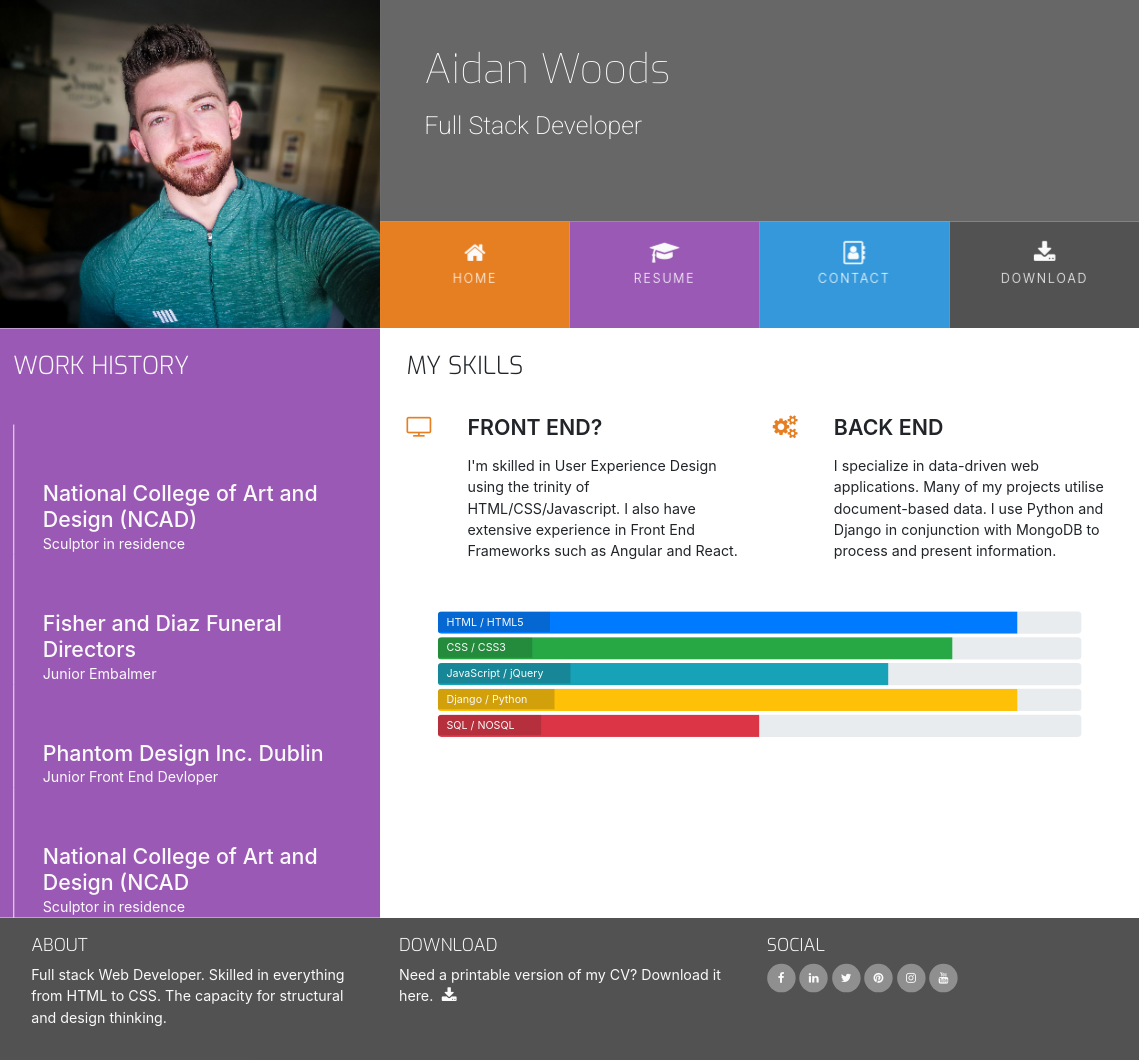
Repository: woodsyboi/Resume
Page: resume.html
The author's editor kept a record of every edit. The page is drawn from the files as they stood at one moment, then again after the next edit.
The browser window is 1280 px wide. The pictures show the whole page, at 89% of full size.

Above is the page before.

### resume.html
<!DOCTYPE html>
<html lang="en">

<head>
    <meta charset="UTF-8">
    <meta name="viewport" content="width=device-width, initial-scale=1.0">
    <meta http-equiv="X-UA-Compatible" content="ie=edge">
    <link rel="stylesheet" href="https://stackpath.bootstrapcdn.com/bootstrap/4.3.1/css/bootstrap.min.css" type="text/css" />
    <link rel="stylesheet" href="https://stackpath.bootstrapcdn.com/font-awesome/4.7.0/css/font-awesome.min.css" type="text/css" />
    <link rel="stylesheet" href="https://cdnjs.cloudflare.com/ajax/libs/hover.css/2.3.1/css/hover-min.css
" type="text/css" />
    <link rel="stylesheet" href="assets/css/style.css" type="text/css" />
    <title>Aidan</title>
</head>

<body>
    <header>
        <div class="row no-gutters">
            <a href="index.html" class="col-md-4 logo">

            </a>
            <div class="col-md-8">
                <div class="row no-gutters bg-color-name-title">
                    <div class="col heading">
                        <h1 class="name">Aidan Woods</h1>
                        <h2 class="title">Full Stack Developer</h2>
                    </div>

                </div>
                <div class="row no-gutters">
                    <div class="col">
                        <ul id="nav" class="list-inline menucontainer">
                            <li class="col-6 col-sm-3 ui-menu-color-home list-inline-item menuitem">
                                <a href="#" class="hvr-sweep-to-bottom"><i class="fa fa-home"></i><span>Home</span></a>
                            </li>
                            <li class="col-6 col-sm-3 ui-menu-color-resume list-inline-item menuitem">
                                <a href="#" class="hvr-sweep-to-bottom"><i class="fa fa-graduation-cap"></i><span>Resume</span></a>
                            </li>
                            <li class="col-6 col-sm-3 ui-menu-color-contact list-inline-item menuitem">
                                <a href="#" class="hvr-sweep-to-bottom"><i class="fa fa-address-book-o"></i><span>Contact</span></a>
                            </li>
                            <li class="col-6 col-sm-3 ui-menu-color-download list-inline-item menuitem">
                                <a href="#" class="hvr-sweep-to-bottom"><i class="fa fa-download"></i><span>Download</span></a>
                            </li>
                        </ul>
                    </div>
                </div>

            </div>
        </div>
    </header>
    <section class="container-fluid">

        <div class="row ">
            <div class="col-md-4 bg-color-work-history section-coloum">
                <div class="row">
                    <div class="col-12">
                        <h3 class="history-heading uppercase">
                            Work History
                        </h3>
                    </div>
                </div>
                <div class="timeline-item" data-dates="02/1998 - 04/2004">
                    <h4>National College of Art and Design (NCAD)</h4>
                    <p>Sculptor in residence</p>
                </div>
                <div class="timeline-item" data-dates="04/2004 - 06/2008">
                    <h4>Fisher and Diaz Funeral Directors</h4>
                    <p>Junior Embalmer</p>
                </div>
                <div class="timeline-item" data-dates="06/2008 - 06/2011">
                    <h4>Phantom Design Inc. Dublin</h4>
                    <p>Junior Front End Devloper</p>
                </div>
                <div class="timeline-item" data-dates="06/2011 - Present">
                    <h4>National College of Art and Design (NCAD</h4>
                    <p>Sculptor in residence</p>
                </div>
            </div>


            <div class="col-md-8 bg-color-three-reasons section-column">
                <div class="row">
                    <div class="col">
                        <h3 class="section-heading uppercase">My Skills</h3>
                    </div>
                </div>
                <div class="row">
                    <div class="col-10 offset-1 offset-sm-0 col-sm-4 col-md-6">
                        <div class="row">
                            <div class="col-2">
                                <i class="three-reasons-icon fa fa-tv" aria-hidden="true"></i>
                            </div>
                            <div class="col-10">
                                <h4 class="three-reasons-heading uppercase">Front End?</h4>
                                <p>
                                    I'm skilled in User Experience Design using the trinity of HTML/CSS/Javascript. I also have extensive experience in Front End Frameworks such as Angular and React. </p>
                            </div>
                        </div>
                    </div>
                    <div class="col-10 offset-1 offset-sm-0 col-sm-4 col-md-6">
                        <div class="row">
                            <div class="col-2">
                                <i class="three-reasons-icon fa fa-gears" aria-hidden="true"></i>
                            </div>
                            <div class="col-10">
                                <h4 class="three-reasons-heading uppercase">Back End</h4>
                                <p>
                                    I specialize in data-driven web applications. Many of my projects utilise document-based data. I use Python and Django in conjunction with MongoDB to process and present information.
                                </p>
                            </div>
                        </div>
                    </div>


                </div>

                <div class="row progress-section">
                    <div class="col">
                        <div class="progress">
                            <div class="progress-bar" role="progressbar" aria-valuenow="90" aria-valuemin="0" aria-valuemax="100" style="width:90%;">
                                <span class="sr-only">90% complete</span>
                            </div>
                            <span class="progress-type">HTML / HTML5</span>
                        </div>
                        <div class="progress">
                            <div class="progress-bar bg-success" role="progressbar" aria-valuenow="980" aria-valuemin="0" aria-valuemax="100" style="width:80%;">
                                <span class="sr-only">80% complete</span>
                            </div>
                            <span class="progress-type">CSS / CSS3</span>
                        </div>
                        <div class="progress">
                            <div class="progress-bar bg-info" role="progressbar" aria-valuenow="70" aria-valuemin="0" aria-valuemax="100" style="width:70%;">
                                <span class="sr-only">70% complete</span>
                            </div>
                            <span class="progress-type">JavaScript / jQuery</span>
                        </div>
                        <div class="progress">
                            <div class="progress-bar bg-warning" role="progressbar" aria-valuenow="90" aria-valuemin="0" aria-valuemax="100" style="width:90%;">
                                <span class="sr-only">90% complete</span>
                            </div>
                            <span class="progress-type">Django / Python</span>
                        </div>
                        <div class="progress">
                            <div class="progress-bar bg-danger" role="progressbar" aria-valuenow="50" aria-valuemin="0" aria-valuemax="100" style="width:50%;">
                                <span class="sr-only">50% complete</span>
                            </div>
                            <span class="progress-type">SQL / NOSQL</span>
                        </div>
                    </div>
                </div>
            </div>
        </div>

    </section>
    <footer class="container-fluid">
        <div id="footer-details" class="row">
            <div class="col-sm-4">
                <h5 class="uppercase general-sub">About</h5>
                <p class="inline-block">
                    Full stack Web Developer. Skilled in everything from HTML to CSS. The capacity for structural and design thinking.</p>

            </div>
            <div class="col-sm-4">
                <h5 class="uppercase general-sub">Download</h5>
                <p class="inline-block">
                    Need a printable version of my CV? Download it here.
                    <a href="#" target="_blank" class="cv-pdf">
                        <i class="fa fa-download" aria-hidden="true"></i>
                        <span class="sr-only"> Download Link.</span>
                    </a>
                </p>

            </div>
            <div class="col-sm-4">
                <h5 class="uppercase general-sub">Social</h5>
                <ul class="list-inline social-links">
                    <li class="list-inline-item">
                        <a target="_blank" href="#">
                            <i class="fa fa-facebook" aria-hidden="true"></i>
                            <span class="sr-only">Facebook</span>
                        </a>
                    </li>
                    <li class="list-inline-item">
                        <a target="_blank" href="#">
                            <i class="fa fa-linkedin" aria-hidden="true"></i>
                            <span class="sr-only">LinkedIn</span>
                        </a>
                    </li>
                    <li class="list-inline-item">
                        <a target="_blank" href="#">
                            <i class="fa fa-twitter" aria-hidden="true"></i>
                            <span class="sr-only">Twitter</span>
                        </a>
                    </li>
                    <li class="list-inline-item">
                        <a target="_blank" href="#">
                            <i class="fa fa-pinterest" aria-hidden="true"></i>
                            <span class="sr-only">Pinterest</span>
                        </a>
                    </li>
                    <li class="list-inline-item">
                        <a target="_blank" href="#">
                            <i class="fa fa-instagram" aria-hidden="true"></i>
                            <span class="sr-only">Instagram</span>
                        </a>
                    </li>
                    <li class="list-inline-item">
                        <a target="_blank" href="#">
                            <i class="fa fa-youtube" aria-hidden="true"></i>
                            <span class="sr-only">YouTube</span>
                        </a>
                    </li>
                </ul>

            </div>
        </div>
    </footer>

</body>

</html>

### assets/css/style.css
@import url('https://fonts.googleapis.com/css?family=Roboto:100,200,300,400,500,600,700|Exo:100,200,300,400,500,600,700');


/*------------------------------Colors--------*/

.bg-color-name-title {
    background-color: #676767;
}


.bg-color-three-reasons {
    background-color:#fff;
}

.bg-color-personal-info {
    background-color: #f4f4f4;
}

.ui-menu-color-home {
    background-color: #e67e22;

}

.ui-menu-color-resume {
    background-color: #9b59b6;

}

.ui-menu-color-contact {
    background-color: #3498db;

}

.ui-menu-color-download {
    background-color: #525252;

}

.bg-color-work-history {
    background-color: #9b59b6;
}

/*----------------------------special paddings/margins/text*/

h1,
h2,
h3,
h4 {
    margin: 0;
}

.uppercase {
    text-transform: uppercase;
}

.general-sub {
    font-family:"Exo", sans-serif;
    font-weight: 300;
    color: #fafafa;
}

.inline-block{
    display:inline-block;
}

.row-table {
    display:table;
}

.section-column {
    display:table-cell;
    padding:0 30px 30px;
    float:none;
}

.history-heading,
.section-heading{
    font-family:"Exo", sans-serif;
    font-weight: 300;
    margin-top: 25px;
    margin-bottom: 40px;
}
/*-------------------------------Heading--------*/

header {

    margin: 0;

}

.heading {
    margin-left: 50px;

}

.logo {
    background: url("../images/my_face.jpg");
    background-position: center;
    background-repeat: no-repeat;
    background-size: cover;
    min-height: 360px;
    transition: all .5s ease-in-out;
    -moz-transition: all .5s ease-in-out;
    -webkit-transition: all .5s ease-in-out;
}

.name {
    font-family: "Exo", sans-serif;
    font-weight: 100;
    font-size: 46px;
    margin-top: 50px;
    color: #fff;

}

.title {
    font-family: "Roboto", sans-serif;
    font-weight: 200;
    font-size: 28px;
    margin-top: 20px;
    margin-bottom: 90px;
    color: #fff;

}

.list-inline-item:not(:last-child) {
    margin: 0;
}

.menucontainer {
    font-size: 0;
}

#nav {
    margin: 0;
}

#nav li {
    font-size: 14px;
    padding: 0;
}


.menuitem {
    height: 120px;
    text-align: center;
    padding: 0;

}

.menuitem a {
    width: 100%;
    text-decoration: none;
    color: #fff;
    height: 120px;

}

.menuitem a i {
    padding-top: 22px;
    display: block;
    color: #fafafa;
    font-size: 26px;


}

.menuitem span {
    display: block;
    width: 100%;
    padding-top: 5px;
    text-align: center;
    text-transform: uppercase;
    font-size: 14px;
    font-weight: 300;
    letter-spacing: 2px;

}



/*----------------------------hover*/

.hvr-sweep-to-bottom:before {
    background-color: rgba(0, 0, 0, 0.2);
    height: 120px;

}


/*-------------------------------footer--------*/

footer{
    background-color: #525252;
    color:#fafafa;
    min-height: 120px;
}


.cv-pdf i{
   font-size: 18px;
   color: #fafafa;
   text-align: center;
   padding-left: 5px;
   transition: all 0.35s ease-in-out;
   -moz-transition: all 0.35s ease-in-out;
   -webkit-transition: all 0.35s ease-in-out;
   -o-transition: all 0.35s ease-in-out;

}

.cv-pdf i:hover {
    color:#e84710;
}

.social-links{
    padding-bottom: 15px;
}

.social-links li a i {
    width:32px;
    height:32px;
    padding:12px 0;
    border-radius:50%;
    font-size: 13px;
    line-height: 7px;
    text-align:center;
    color:#fafafa;
    background:#8f8f8f;
    transition: all 0.35s ease-in-out;
   -moz-transition: all 0.35s ease-in-out;
   -webkit-transition: all 0.35s ease-in-out;
   -o-transition: all 0.35s ease-in-out;

}

.social-links li a i:hover {
    background:#e84710;
}

#footer-details {
    padding:20px;
}

/*-------------------------------Three reasons--------*/

.three-reasons-icon {
    font-size:26px;
    color: #e67e22;
}

.three-reasons-heading {
    margin-bottom: 15px;
}

.three-reasons-heading {
    font-weight: 600;
}

/*------------------------------Personal Info--------*/

.personal-info-item {
    margin-bottom:20px;
    display: block;
    clear: both;
}

.personal-info-item .key,
.personal-info-item .value {
    padding-right:8px;
    display:inline-block;

}

.personal-info-item .key p,
.personal-info-item .value p{
    margin:0;
}

.personal-info-item .key{
    width:30%;
    margin-right:21px;
    padding-top:2px;
    vertical-align:top;
}

.personal-info-item .key p {
    font-weight: 700;
}

.personal-info-item .value{
    position: relative;
    width: 60%;
}

/*-----------------------------Skills--------*/

.progress{
    position: relative;
    height:25px;
    margin-bottom:4px;
}

.progress-type {
    position: absolute;
    left:0px;
    font-weight: 400;
    padding: 3px 30px 2px 10px;
    color: #fafafa;
    background-color: rgba(25,25,25,0.2);
}

.progress-section {
    margin: 40px 20px;
}

/*-----------------------------work history--------*/


.history-heading{
    color:#fafafa;
    margin-bottom: 50px;
}

.timeline-item {
    padding: 4em 2em 0em 2em;
    position:relative;
    color: #fafafa;
    border-left: 1px solid;


}

.timeline-item p {
    padding: 0;
    margin: 0;

}
.timeline-item:before {
    content:attr{data-dates);
    position: absolute;
    left: 2.5em;
    top: 3em;
    display: block;
    font-family: "Exo", sans-serif;
    font-weight: 500;
    font-size: 0.8em;
    padding:0;
    margin:0;
}

.timeline-item:after {
    width: 12px;
    height: 12px;
    display: block;
    top: 2.4em;
    position:absolute;
    left:-6px;
    border-radius:12px;
    content: '';
    background: #fafafa;
}

After the next edit:
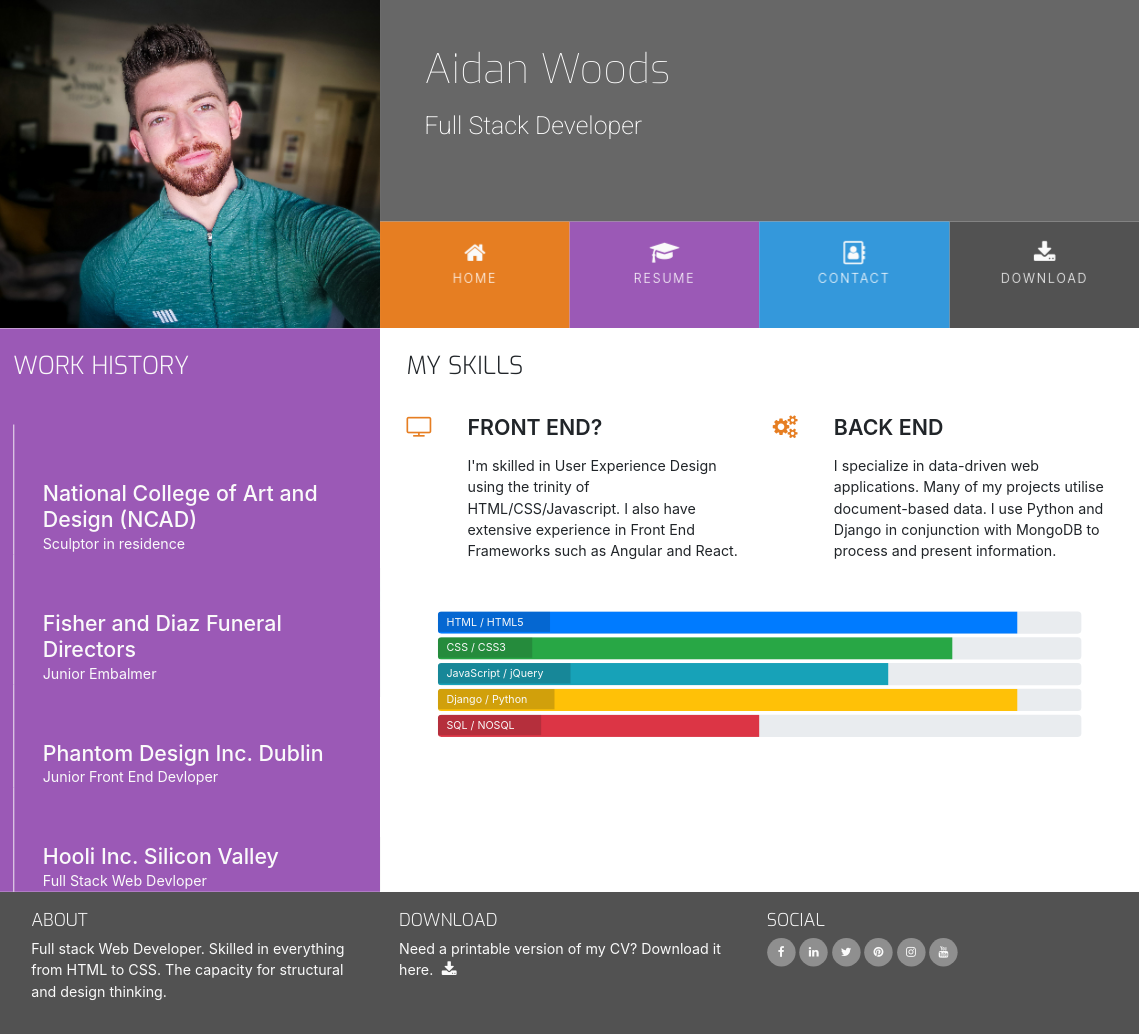
The edit:
--- a/resume.html
+++ b/resume.html
@@ -73,8 +73,8 @@
                     <p>Junior Front End Devloper</p>
                 </div>
                 <div class="timeline-item" data-dates="06/2011 - Present">
-                    <h4>National College of Art and Design (NCAD</h4>
-                    <p>Sculptor in residence</p>
+                    <h4>Hooli Inc. Silicon Valley</h4>
+                    <p>Full Stack Web Devloper</p>
                 </div>
             </div>
 
